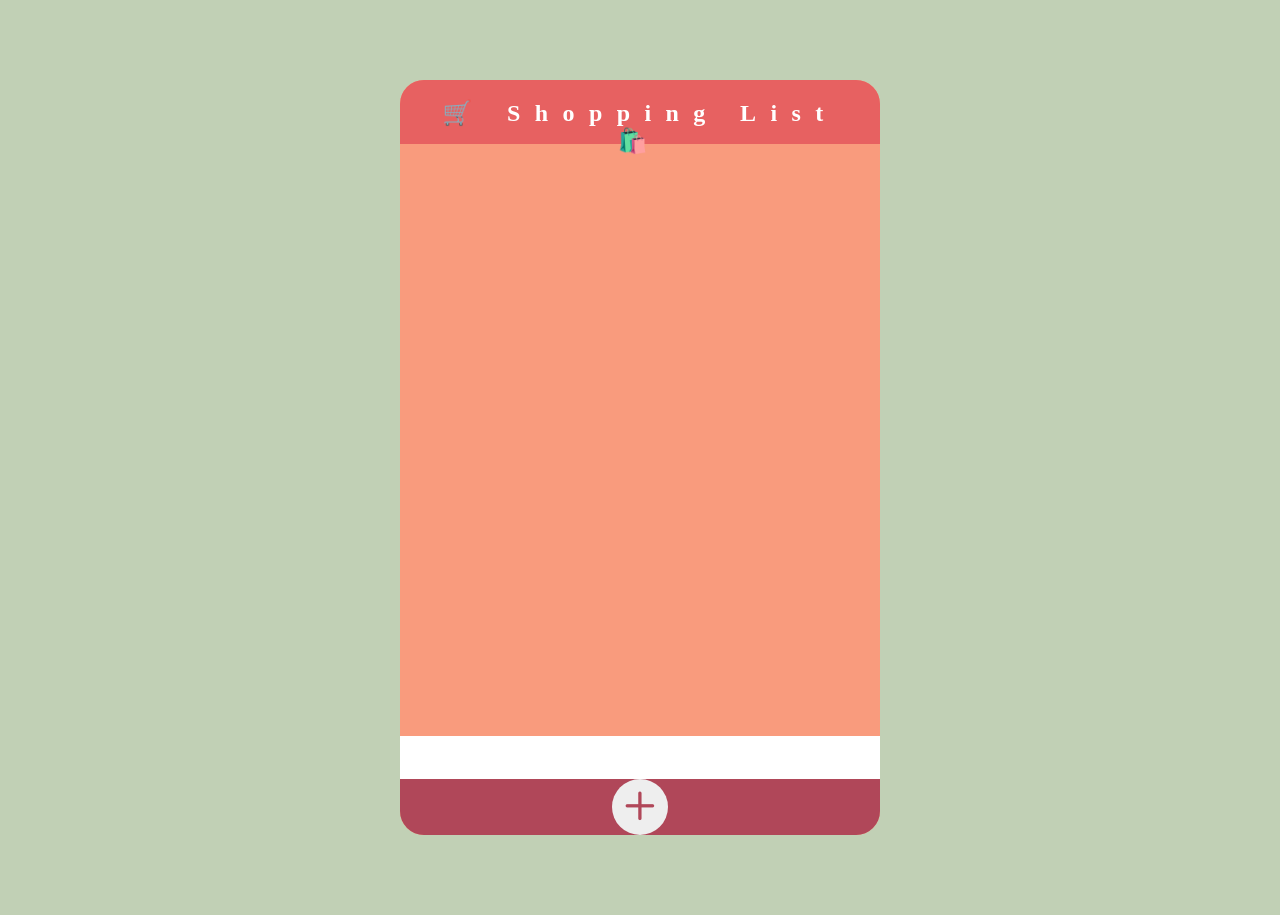
Repository: sephinejo/shopping-list-app
Page: index.html
An editor plug-in stored every save of this project. The page is shown before and after the next save, followed by the edit.
The browser window is 1280 px wide. The pictures show the whole page.
Some web fonts or font styles are not loaded; a fallback is used. Some web libraries are served in a nearby version.

Above is the page before, as saved 2023-05-12 19:59:42.

After the next save:
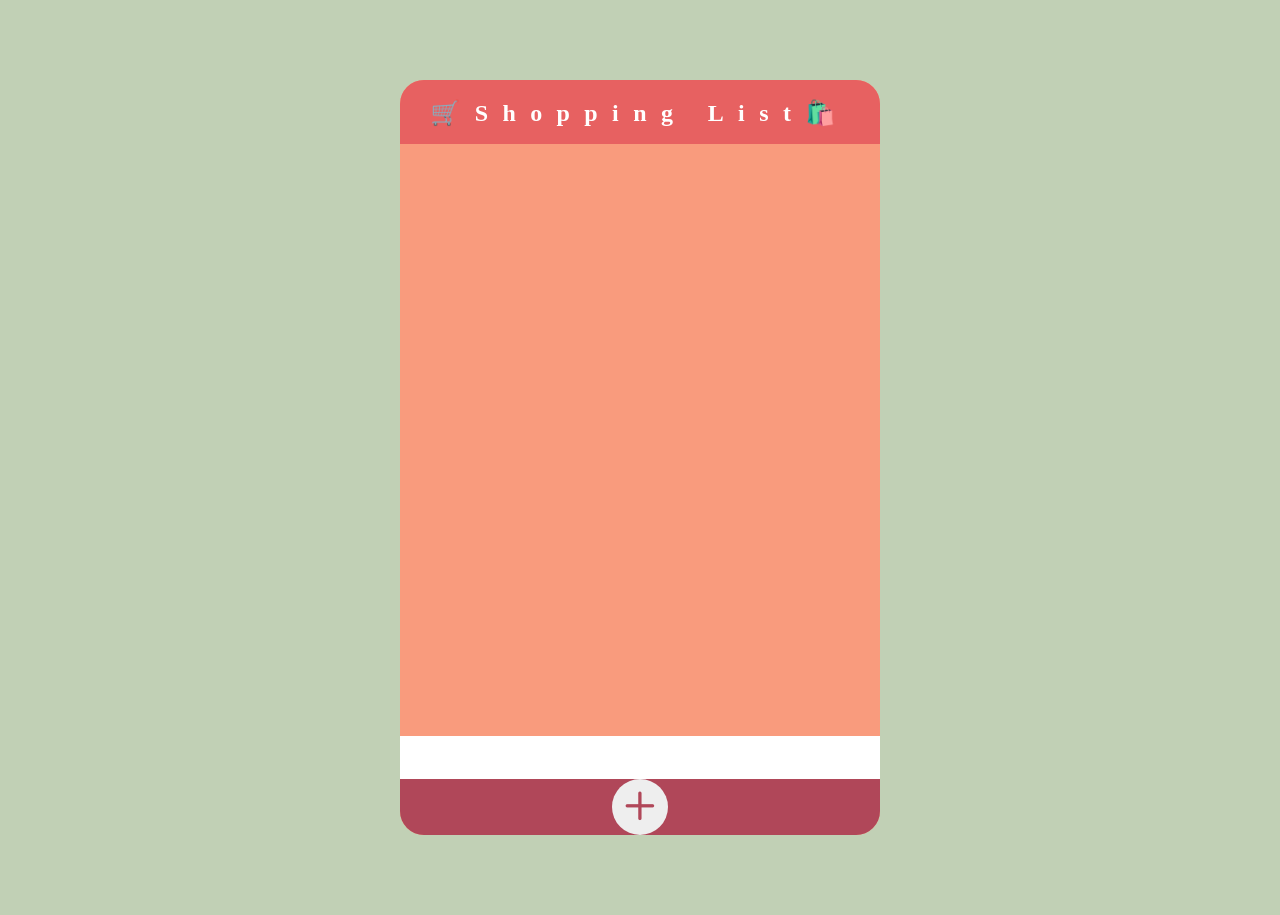
Saved 21 s later.
--- a/index.html
+++ b/index.html
@@ -4,7 +4,7 @@
     <meta charset="UTF-8" />
     <meta http-equiv="X-UA-Compatible" content="IE=edge" />
     <meta name="viewport" content="width=device-width, initial-scale=1.0" />
-    <title>🛒 Shopping List 🛍️</title>
+    <title>🛒Shopping List🛍️</title>
     <link rel="preconnect" href="https://fonts.googleapis.com" />
     <link rel="preconnect" href="https://fonts.gstatic.com" crossorigin />
     <link
@@ -20,7 +20,7 @@
   </head>
   <body>
     <section class="container">
-      <header class="header">🛒 Shopping List 🛍️</header>
+      <header class="header">🛒Shopping List🛍️</header>
       <ul class="items"></ul>
       <footer>
         <input class="footer__input" type="text" />
